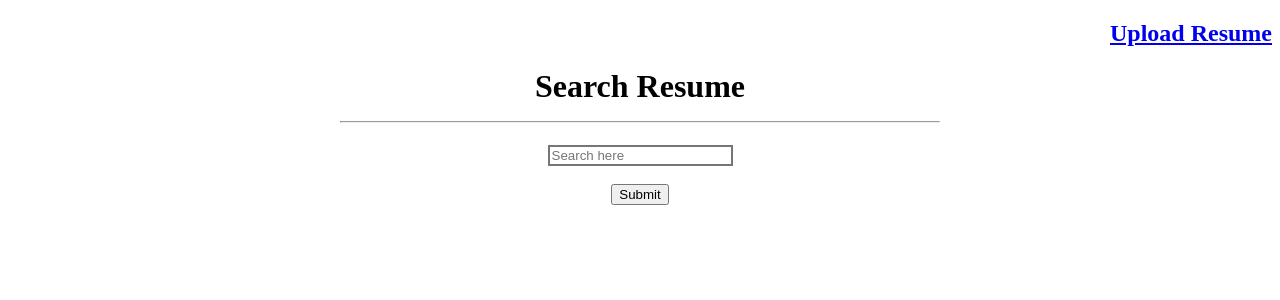
Repository: prashantsuman07/Manthan-ELF-16-OCT-19-Prashant-Suman
Page: http://localhost/Resume_Finder_Java_Application/JSP/SearchResume.jsp
An editor plug-in stored every save of this project. The page is shown before and after the next save, followed by the edit.
The browser window is 1280 px wide. The pictures show the whole page.
The page is served by Tomcat 9. Other server files are loaded and not shown.

Above is the page before, as saved 2019-12-03 04:47:27.

### assignments/Resume_Finder_Java_Application/Resume_Finder_Java_Application/WebContent/JSP/SearchResume.jsp
<%@ page language="java" contentType="text/html; charset=ISO-8859-1"
    pageEncoding="ISO-8859-1"%>
<!DOCTYPE html>
<html>
<head>
<meta charset="ISO-8859-1">
<title>Search resume</title>
<style type="text/css">
.Upload{
width:600px;
margin:auto;
font-family: cursive;
}
</style>
</head>
<body>
<a href="#"><h2 align="right">Upload Resume</h2></a>
<div class="Upload" >
<h1 align="Center" >Search Resume<hr></h1>
<form action="" method="get" align="center">

<input type="text" value="" placeholder="Search here" name="search"  style="border-style: solid; width=400px"/><br><br>
<input type="submit" name="Search Resume">
</form>
</div>
</body>
</html>

After the next save:
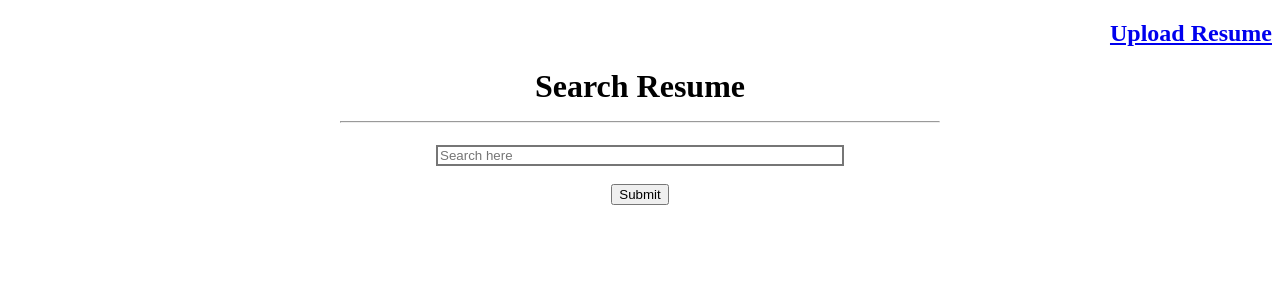
Saved 17 s later.
--- a/assignments/Resume_Finder_Java_Application/Resume_Finder_Java_Application/WebContent/JSP/SearchResume.jsp
+++ b/assignments/Resume_Finder_Java_Application/Resume_Finder_Java_Application/WebContent/JSP/SearchResume.jsp
@@ -19,7 +19,7 @@ font-family: cursive;
 <h1 align="Center" >Search Resume<hr></h1>
 <form action="" method="get" align="center">
 
-<input type="text" value="" placeholder="Search here" name="search"  style="border-style: solid; width=400px"/><br><br>
+<input type="text" value="" placeholder="Search here" name="search"  style="border-style: solid; width:400px"/><br><br>
 <input type="submit" name="Search Resume">
 </form>
 </div>
